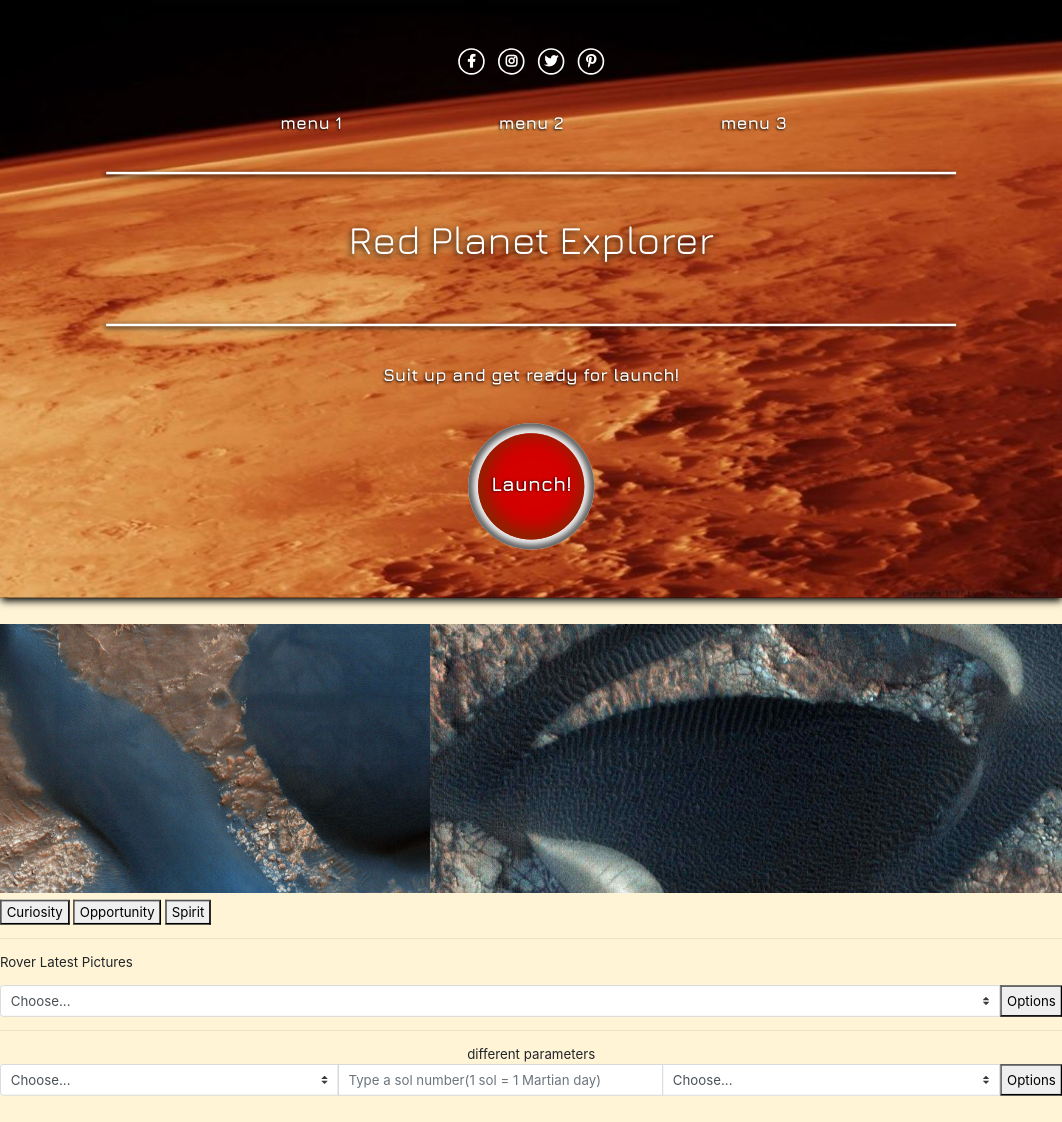
Repository: romqrq/Red-Planet-Explorer
Page: index.html
The author's editor kept a record of every edit. The page is drawn from the files as they stood at one moment, then again after the next edit.
The browser window is 1280 px wide. The pictures show the whole page, at 83% of full size.
The page's requests for data from a server got no answer. Some web fonts or font styles are not loaded; a fallback is used. Some web libraries are served in a nearby version.

Above is the page before.

### index.html
<!DOCTYPE html>
<html lang="en">

<head>
    <meta charset="UTF-8">
    <meta name="viewport" content="width=device-width, initial-scale=1.0">
    <meta http-equiv="X-UA-Compatible" content="ie=edge">
    <title>Red Weather</title>
    <link rel="stylesheet" href="https://cdnjs.cloudflare.com/ajax/libs/font-awesome/5.10.2/css/all.min.css" type="text/css" />
    <link rel="stylesheet" href="https://stackpath.bootstrapcdn.com/bootstrap/4.3.1/css/bootstrap.min.css" crossorigin="anonymous">
    <link rel="stylesheet" href="https://cdnjs.cloudflare.com/ajax/libs/hover.css/2.3.1/css/hover-min.css" type="text/css" />
    <link rel="stylesheet" href="assets/css/style.css" type="text/css" />


    <script src="https://code.jquery.com/jquery-3.4.1.js" crossorigin="anonymous"></script>
    <script type="text/javascript" src="assets/js/jquery.js"></script>
    <script type="text/javascript" src="assets/js/main.js"></script>
    <!--<script type="text/javascript" src="assets/js/main2.js"></script>-->
    <!--<script type="text/javascript" src="assets/js/main3.js"></script>-->

</head>

<body onload=writeWeatherToDocument()>
    <header>
        <div class="container-fluid main-screen-container">
            <!--<img class="header-bg" src="assets/images/mars-athmosphere.jpg"></img>-->
            <div class="row social-row">
                <div class="col-12 social-col">
                    <i class="fab fa-facebook-f round-border text-shadow"></i>
                    <i class="fab fa-instagram round-border"></i>
                    <i class="fab fa-twitter round-border"></i>
                    <i class="fab fa-pinterest-p round-border"></i>
                </div>
            </div>
            <div class="row" role="navigation">
                <a class="col-4 text-right main-text-light text-shadow" href="#">menu 1</a>
                <a class="col-4 text-center main-text-light text-shadow" href="#">menu 2</a>
                <a class="col-4 text-left main-text-light text-shadow" href="#">menu 3</a>
            </div>
            <hr class="hr-divider">
            <div class="row">
                <div class="col-12 text-center">
                    <p class="main-title title-shadow">Red Planet Explorer</p>
                </div>
            </div>
            <hr class="hr-divider">
            <div class="row">
                <div class="col-12">
                    <p class="main-text-light text-center text-shadow">Suit up and get ready for launch!</p>
                </div>
            </div>
            <div class="launch-button-div">
                <div class="launch-button-border">
                    <button class="btn launch-button text-shadow" id="launch-button">Launch!</button>
                </div>
            </div>
        </div>
    </header>
    <section>
        <div class="container-fluid weather-container">
            <div id="weatherCarousel" class="carousel slide" data-ride="carousel">
                <div class="carousel-inner">
                    <div class="carousel-item carousel-img active">
                        <img src="assets/images/carousel/curiosity_sunset.jpg" class="d-block w-100" alt="...">
                    </div>
                    <div class="carousel-item carousel-img active">
                        <img src="assets/images/carousel/dune_field.jpg" class="d-block w-100" alt="...">
                    </div>
                    <div class="carousel-item active">
                        <img src="assets/images/carousel/sand_storm.jpg" class="d-block carousel-img" alt="...">
                    </div>
                    <div class="carousel-item active">
                        <img src="assets/images/carousel/dunes.jpg" class="d-block carousel-img" alt="...">
                    </div>
                </div>
            </div>
            <div id="dataWeather"></div>
        </div>

    </section>
    <p>Rovers Manifest</p>
    <button onclick="writeManifestToDocument('curiosity')">Curiosity</button>
    <button onclick="writeManifestToDocument('opportunity')">Opportunity</button>
    <button onclick="writeManifestToDocument('spirit')">Spirit</button>
    <div id="dataManifest"></div>
    <hr>
    <p>Rover Latest Pictures</p>
    <div class="input-group mb-3">
        <select class="custom-select" id="inputLatestRoverPhoto">
            <option selected>Choose...</option>
            <option value="curiosity">Curiosity</option>
            <option value="spirit">Spirit</option>
            <option value="opportunity">Opportunity</option>
        </select>
        <button onclick="writeLatestToDocument()">Options</button>
    </div>
    <hr>
    <div class=text-center>different parameters</div>
    <div class="input-group mb-3">
        <div class="input-group mb-3">
            <select class="custom-select" id="inputRoverName">
            <option selected>Choose...</option>
            <option value="curiosity">Curiosity</option>
            <option value="spirit">Spirit</option>
            <option value="opportunity">Opportunity</option>
        </select>
            <input type="text" class="form-control" id="solTextInput" placeholder="Type a sol number(1 sol = 1 Martian day)">
            <!--    <select class="custom-select" id="inputSolNumber">-->
            <!--  <option selected>Choose...</option>-->
            <!--  <option value="500">500</option>-->
            <!--  <option value="1000">1000</option>-->
            <!--  <option value="1500">1500</option>-->
            <!--</select>-->
            <select class="custom-select" id="inputCamName">
          <option selected>Choose...</option>
          <option value="fhaz">FHAZ</option>
          <option value="rhaz">RHAZ</option>
          <option value="mast">Mast</option>
        </select>
            <button onclick="writeParamsToDocument()">Options</button>
        </div>


        <div id="data"></div>
        <div id="data2"></div>
        <footer>

        </footer>
        <script src="https://code.jquery.com/jquery-3.3.1.slim.min.js" integrity="sha384-q8i/X+965DzO0rT7abK41JStQIAqVgRVzpbzo5smXKp4YfRvH+8abtTE1Pi6jizo" crossorigin="anonymous"></script>
        <script src="https://cdnjs.cloudflare.com/ajax/libs/popper.js/1.14.7/umd/popper.min.js" integrity="sha384-UO2eT0CpHqdSJQ6hJty5KVphtPhzWj9WO1clHTMGa3JDZwrnQq4sF86dIHNDz0W1" crossorigin="anonymous"></script>
        <script src="https://stackpath.bootstrapcdn.com/bootstrap/4.3.1/js/bootstrap.min.js" integrity="sha384-JjSmVgyd0p3pXB1rRibZUAYoIIy6OrQ6VrjIEaFf/nJGzIxFDsf4x0xIM+B07jRM" crossorigin="anonymous"></script>

</body>

</html>

### assets/css/style.css
/*General*/

@import url('https://fonts.googleapis.com/css?family=Revalia|Roboto:400,500|Jura:300,400,500,700&display=swap');


body {
    background-color: #ffd86845;
}

a {
    text-decoration: none;
    color: inherit;

}

/* Header */

.title-shadow {
    text-shadow: -1px 3px 8px #000000;
}

.text-shadow {
    text-shadow: -1px 1px 3px #000000;
}

.no-side-padding {
    padding-left: 0;
    padding-right: 0;
}

.main-screen-container {
    height: 100vh;
    max-width: 100vw;
    padding: 1rem;
    background-image: url("../images/mars-athmosphere.jpg");
    background-position: center;
    background-repeat: no-repeat;
    background-size: cover;
    background-color: black;
    display: flex;
    flex-direction: column;
    justify-content: space-evenly;
    box-shadow: 1px 4px 9px 0px black;
}

.social-row {
    padding: 1rem;
}

.social-col {
    flex-direction: row;
    display: flex;
    justify-content: center;
}

.round-border {
    border-radius: 50%;
    height: 2rem;
    border: 2px solid white;
    width: 2rem;
    justify-content: center;
    display: flex;
    line-height: 1.8rem;
    color: white;
    margin: 0 0.5rem;
    font-weight: 900;
}

.main-text-light {
    color: white;
    font-family: "Jura", "Revalia";
    font-weight: 600;
    font-size: 1.3rem;
}

.main-title {
    font-family: "Revalia", "Jura";
    font-size: 3rem;
    color: white;
    padding: 0 0 0.5rem;
}

.hr-divider {
    border-top: 3px solid rgb(255, 255, 255);
    width: 80vw;
    box-shadow: -2px 2px 6px 0px black;
}

.launch-button-div {
    margin-bottom: 1rem;
}

.launch-button-border {
    height: 9.5rem;
    width: 9.5rem;
    background-color: #eaeaea;
    padding: 0.75rem;
    border-radius: 50%;
    box-shadow: inset 0px 0px 6px 6px #676767;
    margin: auto;
}

.launch-button {
    background-color: #d40101;
    color: white;
    border: 0px solid white;
    font-size: 1.5rem;
    font-family: "Jura", "Revalia";
    font-weight: 700;
    /*text-shadow: 0px 0px 5px #ffffffcf;*/
    padding: 0.5rem 1rem 1rem;
    height: 8rem;
    width: 8rem;
    border-radius: 50%;
    box-shadow: inset 3px -4px 20px 7px #842600;
}

.launch-button-animation {
    animation-name: launchButtonAnimation;
    animation-duration: 2s;
    animation-delay: .3s;
    animation-timing-function: linear;
    animation-iteration-count: infinite;
    animation-direction: alternate;
}

.shake-animation {
    animation-name: shake;
    animation-duration: 2s;
    animation-delay: .3s;
    animation-timing-function: linear;
    animation-direction: alternate;
}

.btn.launch-button:hover {
    color: white;
}

.btn.launch-button:focus {
    box-shadow: inset 0 0 3px 1px black;
}

.pressed-button {
    background-color: #d40101!important;
    box-shadow: inset 3px -4px 20px 7px #842600!important;
}


/* Weather */

.weather-container {
    padding: 2rem 0;
    height: 45vh;
    max-width: 100vw;
}


.carousel-img {
    height: 45vh;
}






/* Launch button bg change */

@keyframes launchButtonAnimation {
    from {
        background-color: #bf0000;
    }
    to {
        background-color: #fa1800;
    }
}

@keyframes shake {
    0% {
        transform: translate(1px, 1px) rotate(0deg);
    }

    5% {
        transform: translate(-1px, -2px) rotate(-0.1deg);
    }

    10% {
        transform: translate(-3px, 0px) rotate(0.1deg);
    }

    15% {
        transform: translate(3px, 2px) rotate(0deg);
    }

    20% {
        transform: translate(1px, -1px) rotate(0.1deg);
    }

    25% {
        transform: translate(-1px, 2px) rotate(-0.1deg);
    }

    30% {
        transform: translate(-3px, 1px) rotate(0deg);
    }

    35% {
        transform: translate(3px, 1px) rotate(-0.1deg);
    }

    40% {
        transform: translate(-1px, -1px) rotate(0.1deg);
    }

    45% {
        transform: translate(1px, 2px) rotate(0deg);
    }

    50% {
        transform: translate(1px, -2px) rotate(-0.1deg);
    }

    55% {
        transform: translate(1px, 1px) rotate(0deg);
    }

    60% {
        transform: translate(-1px, -2px) rotate(-0.1deg);
    }

    65% {
        transform: translate(-3px, 0px) rotate(0.1deg);
    }

    70% {
        transform: translate(3px, 2px) rotate(0deg);
    }

    75% {
        transform: translate(1px, -1px) rotate(0.1deg);
    }

    80% {
        transform: translate(-1px, 2px) rotate(-0.1deg);
    }

    85% {
        transform: translate(-3px, 1px) rotate(0deg);
    }

    90% {
        transform: translate(3px, 1px) rotate(-0.1deg);
    }

    95% {
        transform: translate(-1px, -1px) rotate(0.1deg);
    }

    100% {
        transform: translate(1px, 2px) rotate(0deg);
    }
}

### assets/js/jquery.js
$(document).ready(function() {
    $("#launch-button").click(function() {
        $("header").addClass("shake-animation");
        $("#launch-button").removeClass("launch-button-animation");
        setTimeout(scrolldown, 2000);
    });

    function scrolldown() {
        var elTarget = document.getElementById("weather-carousel");
        elTarget.scrollIntoView();
    }
});

### assets/js/main.js
var roverName = "curiosity";
// var solNumber = ""; //"&sol=1000";
// var camName = "&camera=FHAZ";
// var pageNumber = ""; //"&page=1"
// var earthDate = "earth_date=2015-6-3"


//WORKS xhr.open("GET", "https://api.nasa.gov/insight_weather/?api_key=unJZiQapXhyZamSl37P8FEh7Zlssi7xmaIF4l95b&feedtype=json&ver=1.0");
//WORKS xhr.open("GET", "https://api.nasa.gov/mars-photos/api/v1/rovers/curiosity/latest_photos?api_key=unJZiQapXhyZamSl37P8FEh7Zlssi7xmaIF4l95b&feedtype=json&ver=1.0");
//WORKS xhr.open("GET", "https://api.nasa.gov/mars-photos/api/v1/manifests/curiosity?api_key=unJZiQapXhyZamSl37P8FEh7Zlssi7xmaIF4l95b&feedtype=json&ver=1.0");



var roverName = ""; //"curiosity";
var solNumber = ""; //"&sol=1000";
var camName = ""; //"&camera=FHAZ";
var pageNumber = ""; //"&page=1"
var earthDate = ""; //"earth_date=2015-6-3"

function getWeatherData(cbweather) {

    var xhr = new XMLHttpRequest();

    xhr.onreadystatechange = function() {
        if (this.readyState == 4 && this.status == 200) {
            cbweather(JSON.parse(this.responseText));
        }
    };
    xhr.open("GET", "https://mars.nasa.gov/rss/api/?feed=weather&category=insight&feedtype=json&ver=1.0");
    xhr.send();
}

function writeWeatherToDocument() {
    var el = document.getElementById("dataWeather");
    el.innerHTML = "";

    getWeatherData(function(data) {
        var JSO = data;
        //data/validity_checks/
        var vc = data.validity_checks;
        //setting last sol number
        var sol = vc.sols_checked[vc.sols_checked.length - 1];
        //setting SECOND LAST sol number
        var SLsol = vc.sols_checked[vc.sols_checked.length - 2];
        //data/validity_checks/"last sun number"/AT/valid:"true or false"
        var vcsATvalid = vc[sol].AT.valid;
        //data/validity_checks/"SECOND LAST sun number"/AT/valid:"true or false"
        var vcSLsATvalid = vc[SLsol].AT.valid;

        //stting up data for display
        if (vcsATvalid) {
            var DLVS = JSO[sol];
            var AT = JSO[sol].AT;
            var PRE = JSO[sol].PRE;
            var HWS = JSO[sol].HWS;
            var WD = JSO[sol].WD.most_common.compass_point
        }
        else if (vcSLsATvalid) {
            var DLVS = JSO[SLsol];
            var AT = JSO[SLsol].AT;
            var PRE = JSO[SLsol].PRE;
            var HWS = JSO[SLsol].HWS;
            var WD = JSO[SLsol].WD.most_common.compass_point;
        }

        el.innerHTML += `
        <div class="weather-data-display">
            <div class="row AT-data">
                <div class="col-6 weather-label">
                    <p>Temperature (ºC):</p>
                </div>
                <div class="col-2 weather-main-number>
                    <p>Avg: ${Math.round(AT.av)}</p>
                </div>
                <div class="col-4 weather-secondary-numbers>
                    <div class ="weather-sn-1">
                        <p>Max: ${Math.round(AT.mx)}</p>
                    </div>
                    <div class ="weather-sn-2">
                        <p>Min: ${Math.round(AT.mn)}</p>
                    </div>
                </div>
            </div>
            <div class="row PRE-data">
                <div class="col-6 weather-label">
                    <p>ATM Pressure (Pa):</p>
                </div>
                <div class="col-2 weather-main-number>
                    <p>Avg:${Math.round(PRE.av)}</p>
                </div>
                <div class="col-4 weather-secondary-numbers>
                    <div class ="weather-sn-1">
                        <p>Max: ${Math.round(PRE.mx)}</p>
                    </div>
                    <div class ="weather-sn-2">
                        <p>Min: ${Math.round(PRE.mn)}</p>
                    </div>
                </div>
            </div>
            <div class="row HWS-data">
                <div class="col-6 weather-label">
                    <p>Wind (ºm/s):</p>
                </div>
                <div class="col-2 weather-main-number>
                    <p>Avg: ${Math.round(HWS.av)}</p>
                </div>
                <div class="col-2 weather-secondary-numbers>
                    <div class ="weather-sn-1">
                        <p>${Math.round(HWS.mn)}</p>
                    </div>
                    <div class ="weather-sn-2">
                        <p>${Math.round(HWS.mx)}</p>
                    </div>
                </div>
                <div class="col-2 weather-main-number>
                    <p>${WD}</p>
                </div>
            </div>
        </div>`;
    });
}


function getManifest(roverNameManifest, cbManifest) {
    console.log(roverNameManifest);

    var xhr = new XMLHttpRequest();

    xhr.onreadystatechange = function() {
        if (this.readyState == 4 && this.status == 200) {
            // document.getElementById("data").innerHTML = JSON.parse(this.responseText);
            console.log(JSON.parse(this.responseText));
            cbManifest(JSON.parse(this.responseText));
        }
    };
    xhr.open("GET", "https://api.nasa.gov/mars-photos/api/v1/manifests/" + roverNameManifest + "?api_key=unJZiQapXhyZamSl37P8FEh7Zlssi7xmaIF4l95b&feedtype=json&ver=1.0");
    xhr.send();
}

function writeManifestToDocument(roverNameManifest) {
    var el = document.getElementById("dataManifest");
    el.innerHTML = "";

    getManifest(roverNameManifest, function(data) {
        data = data.photo_manifest;

        let item;
        for (item in data) {
            if (item != "photos") {
                let itemString = item.replace(/_/g, " ");
                let itemStringCapitalized = itemString.charAt(0).toUpperCase() + itemString.slice(1);
                console.log(itemStringCapitalized);
                el.innerHTML += `<p>${itemStringCapitalized}: ${data[item]}</p>`;
            }
        }
    });
}

function getParamsData(cb) {
    var rvn = document.getElementById("inputRoverName");
    var roverName = rvn.options[rvn.selectedIndex].value;

    var snb = document.getElementById("solTextInput");
    var solNumber = `&sol=${snb.value}`;
    // var snb = document.getElementById("inputSolNumber");
    // var solNumber = `&sol=${snb.options[snb.selectedIndex].value}`;

    var cmn = document.getElementById("inputCamName");
    var camName = `&camera=${cmn.options[cmn.selectedIndex].value}`;

    // var pgn = document.getElementById("inputPageNumber");
    // var pageNumber = `&page=${pgn.options[pgn.selectedIndex].value}`;

    // var ead = document.getElementById("inputEarthDate");
    // var earthDate = `earth_date=${ead.options[ead.selectedIndex].value}`;

    var xhr = new XMLHttpRequest();
    xhr.onreadystatechange = function() {
        if (this.readyState == 4 && this.status == 200) {
            // document.getElementById("data").innerHTML = JSON.parse(this.responseText);
            console.log(JSON.parse(this.responseText));
            cb(JSON.parse(this.responseText));
        }
    };
    xhr.open("GET", `https://api.nasa.gov/mars-photos/api/v1/rovers/${roverName}/photos?${earthDate}${solNumber}${camName}${pageNumber}&api_key=unJZiQapXhyZamSl37P8FEh7Zlssi7xmaIF4l95b`);
    xhr.send();

}

function writeParamsToDocument() {
    var el = document.getElementById("data2");
    el.innerHTML = "";

    getParamsData(function(data) {
        data = data.photos;

        data.forEach(function(item) {
            // for (item in data) {
            el.innerHTML += `<img src=${item.img_src} height=150 width=150>`;
        });
    });
}


function getLatest(cbLatest) {
    var roverLatest = document.getElementById("inputLatestRoverPhoto");
    var roverNameLatest = `${roverLatest.options[roverLatest.selectedIndex].value}`;
    // var rvrnm = document.getElementsByclass("nameRoverButton").id;
    // console.log(rvrnm);
    // var roverNameLatest = rvrnm.value;
    var xhr = new XMLHttpRequest();

    xhr.onreadystatechange = function() {
        if (this.readyState == 4 && this.status == 200) {
            // document.getElementById("data").innerHTML = JSON.parse(this.responseText);
            console.log(JSON.parse(this.responseText));
            cbLatest(JSON.parse(this.responseText));
        }
    };
    xhr.open("GET", `https://api.nasa.gov/mars-photos/api/v1/rovers/${roverNameLatest}/latest_photos?api_key=unJZiQapXhyZamSl37P8FEh7Zlssi7xmaIF4l95b&feedtype=json&ver=1.0`);
    xhr.send();
}

function writeLatestToDocument() {
    var el = document.getElementById("data");
    el.innerHTML = "";

    getLatest(function(data) {
        data = data.latest_photos;

        data.forEach(function(item) {
            el.innerHTML += `<img src=${item.img_src} height=150 width=150>`;
        });
    });
}

After the next edit:
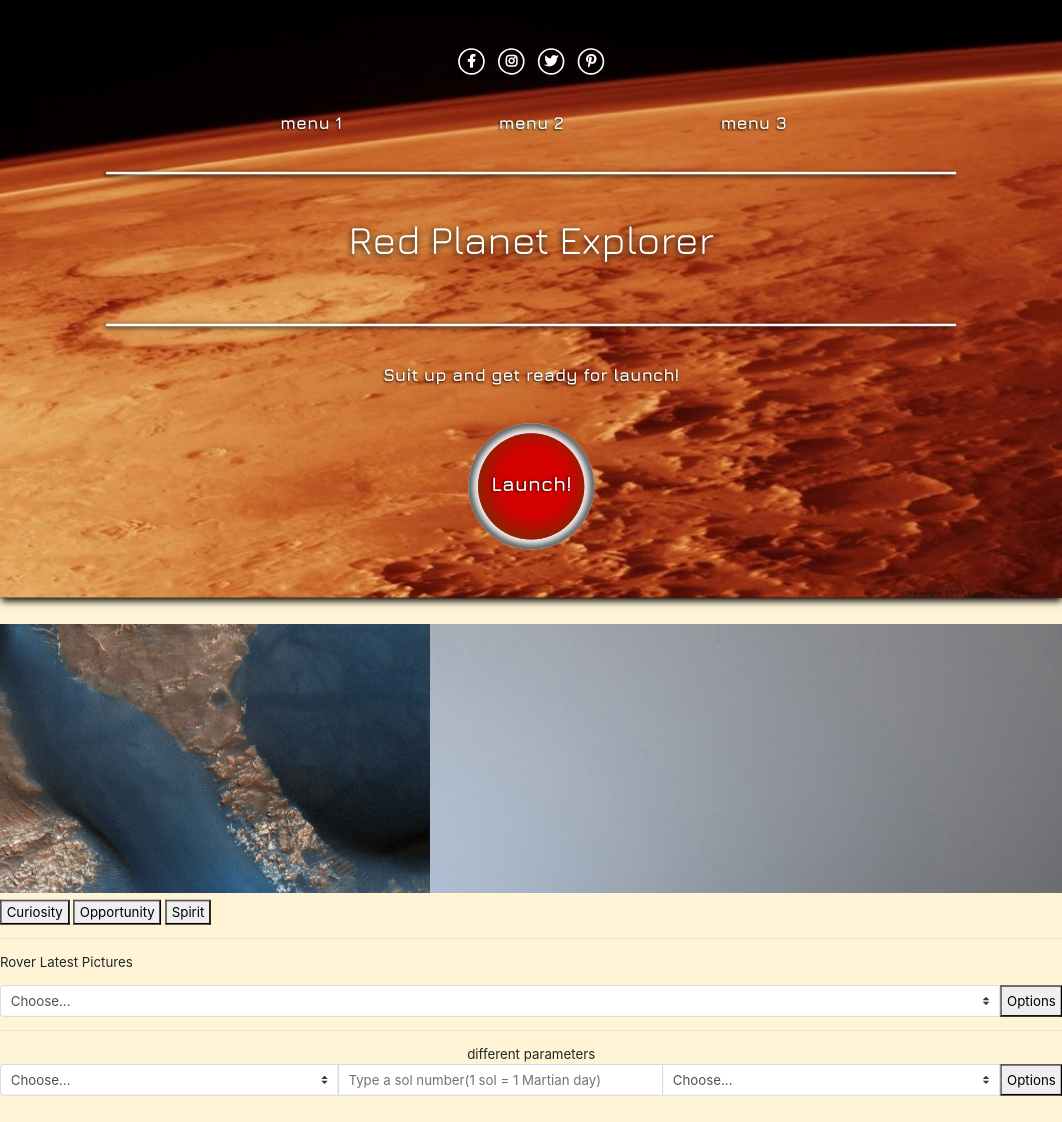
The edit:
--- a/index.html
+++ b/index.html
@@ -63,8 +63,8 @@
                     <div class="carousel-item carousel-img active">
                         <img src="assets/images/carousel/curiosity_sunset.jpg" class="d-block w-100" alt="...">
                     </div>
-                    <div class="carousel-item carousel-img active">
-                        <img src="assets/images/carousel/dune_field.jpg" class="d-block w-100" alt="...">
+                    <div class="carousel-item active">
+                        <img src="assets/images/carousel/dune_field.jpg" class="d-block carousel-img" alt="...">
                     </div>
                     <div class="carousel-item active">
                         <img src="assets/images/carousel/sand_storm.jpg" class="d-block carousel-img" alt="...">
